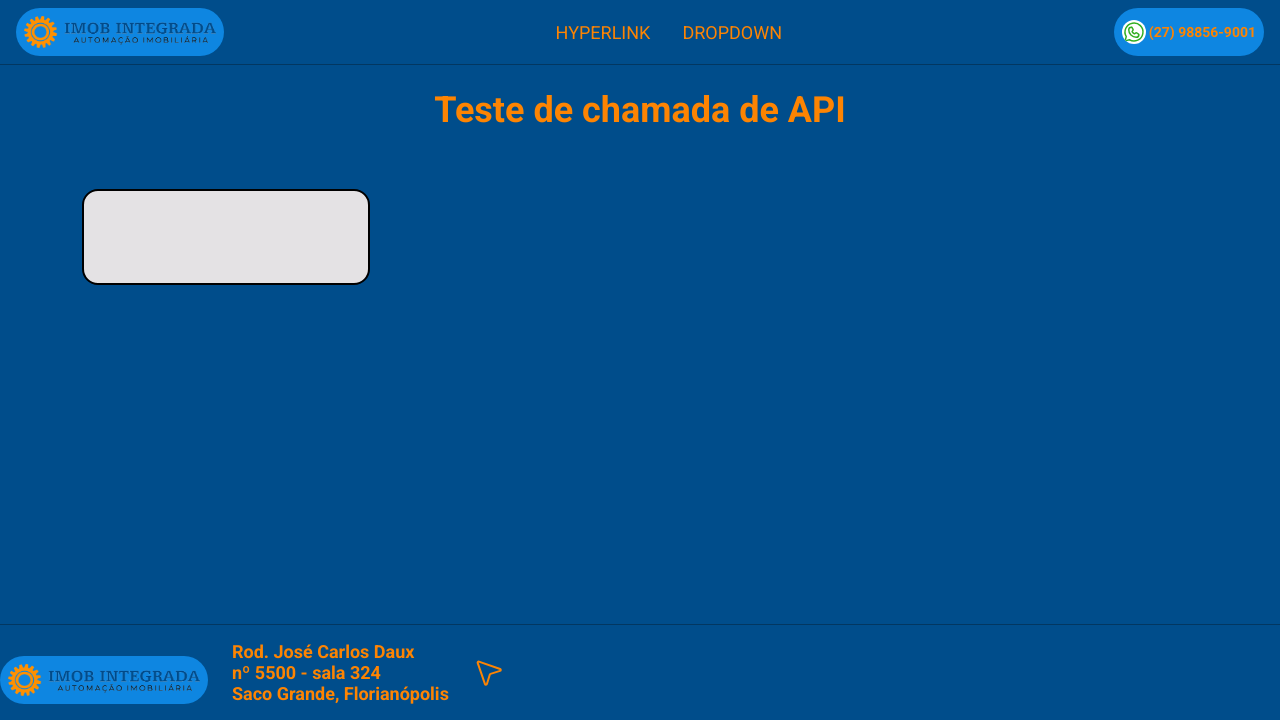
Repository: K0slov/testeAPI
Page: /
These files come from the project's save history. The page is drawn as it stood at one moment and after the next save; the edit follows.
The browser window is 1280 px wide. The pictures show the whole page.
The page's requests for data from a server got no answer. The project was rebuilt for these pictures with package versions that can differ from the ones it lists, and the page was loaded fresh each time. No one was signed in, and anything a server would have sent is missing. Also part of the build but not shown: vite.config.ts, src/components/SelectBar/styles.css, src/components/SelectBar/selectBar.tsx.

Above is the page before, as saved 2022-06-29 09:13:43.

### index.html
<!DOCTYPE html>
<html lang="en">
  <head>
    <meta charset="UTF-8" />
    <link rel="icon" type="image/svg+xml" href="/src/favicon.svg" />
    <meta name="viewport" content="width=device-width, initial-scale=1.0" />
    <link rel="preconnect" href="https://fonts.googleapis.com" />
    <link rel="preconnect" href="https://fonts.gstatic.com" crossorigin />
    <link href="https://fonts.googleapis.com/css2?family=Roboto:wght@400;500;700&display=swap" rel="stylesheet" />
    <title>Teste Imob</title>
  </head>
  <body>
    <div id="root"></div>
    <script type="module" src="/src/main.tsx"></script>
  </body>
</html>

### src/App.tsx
import { Footer } from "./components/Footer/footer"
import { Header } from "./components/Header/header"
import { Home } from "./pages/home"

function App() {
  return (
    <>
      <Header />
        <Home />
      <Footer />
    </>
  )
}

export default App

### src/styles/global.css
body {
  width: 100%;
  height: 100%;
  margin: 0;
  font-family: 'Roboto', sans-serif;
  font-size: 18px;
  -webkit-font-smoothing: antialiased;
  -moz-osx-font-smoothing: grayscale;
  background-color: #004d8b;
  color: white;
}
code {
  font-family: source-code-pro, Menlo, Monaco, Consolas, 'Courier New',
    monospace;
}

### src/components/Footer/footer.tsx
import './style.css'
import image from '../../assets/logoLaranja.png'
import { NavigationArrow } from 'phosphor-react'

export function Footer() {
    return (
        <footer>
            <img src={image} />
            <a className='adressLink' href='https://www.google.com/maps/dir/-20.165736,-40.2578957/imob+integrada/@-23.8194615,-49.2158798,6z/data=!3m1!4b1!4m9!4m8!1m1!4e1!1m5!1m1!1s0x9527473fa16aca85:0xaacb5a64ef59b145!2m2!1d-48.5090423!2d-27.5352896' target='_blank'>
                <div className='adress'>
                    <span>Rod. José Carlos Daux</span>
                    <span>nº 5500 - sala 324</span>
                    <span>Saco Grande, Florianópolis</span>
                </div>
                <NavigationArrow size={32} />
            </a>
        </footer>
    )
}

### src/components/Header/header.tsx
import './style.css'
import image from '../../assets/logoLaranja.png'
import { WhatsappLogo } from "phosphor-react";
import { useState } from 'react';
import { SelectBar } from '../SelectBar/selectBar';

export function Header() {
    const [navbar, setNavbar] = useState(false)
    const showSidebar = () => setNavbar(!navbar)

    return(
        <header className='header'>
            <img className='img' src={image} />

            <nav className="menu">
                <a className="menu-item" href="https://www.youtube.com/watch?v=FavUpD_IjVY&t=2s" target='_blank'>HYPERLINK</a>
                <a  onClick={showSidebar}><span className="menu-item"> DROPDOWN</span>
                <nav className={navbar ? 'nav-menu active' : 'nav-menu'}>
                    <ul className='nav-menu-items' onClick={showSidebar}>
                    {navbar && <SelectBar />}
                    </ul>
                </nav>
                </a>
            </nav>

            <a className="wppLink" href="https://wa.me/+5527988569001" target="_blank">
                <div className="wpp">
                    <WhatsappLogo className="icon" size={24} color="#34af23" />
                    <p className="number">(27) 98856-9001</p>
                </div>
            </a>
        </header>
    )
}

### src/pages/home.tsx
import { Card } from "../components/Card/card";
import { CardsGroup } from "../components/CardsGroup/cardsGroup";
import { Conteudo } from "../components/Conteudo/conteudo";

export function Home() {
    return(
        <>
            <h1 style={{display: "flex", alignItems: "center", flexDirection: "column-reverse", color: "#fd8402", cursor: "default" }}> Teste de chamada de API </h1>
            <CardsGroup />
            {/* <Conteudo /> */}
            {/* <Card /> */}
        </>
    )
}

### src/components/Footer/style.css
footer {
    width: 100%;
    padding: 1rem 0rem;
    background-color: #004d8b;
    display: flex;
    color: #fd8402;
    bottom: 0;
    align-items: self-end;
    justify-content: flex-start;
    border-top: 1px solid;
    border-color: #023761;
    position: fixed;
}
img {
    width: 12rem;
    height: 2rem;
    background: #0e86e1;
    border-radius: 5rem;
    padding: 0.5rem;
}
.adress {
    display: flex;
    flex-direction: column;
    margin: 0rem 1.5rem;
}
.adressLink {
    text-decoration: none;
    color: #fd8402;
    font-weight: bold;
    display: flex;
    align-items: center;
    justify-content: flex-start;
}

### src/components/Header/style.css
.header{
    padding: 0.5rem 1rem;
    background-color: #004d8b;
    display: flex;
    align-items: center;
    color: #fd8402;
    justify-content: space-between;
    border-bottom: 1px solid ;
    border-color: #023761;
}
.img{
    width: 12rem;
    height: 2rem;
    background: #0e86e1;
    border-radius: 5rem;
    padding: 0.5rem;
}
.wpp {
    width: auto;
    height: 2rem;
    display: flex;
    flex-direction: row;
    background: #0e86e1;
    border-radius: 5rem;
    padding: 0.5rem;
    align-items: center;
    justify-content: flex-start;
}
.number {
    margin-left: 0.2rem;
    font-size: 14px;
}
.wppLink {
    text-decoration: none;
    color: #fd8402;
    font-weight: bold;
}
.wppLink:hover {
    color: #0e86e1;
    transition-duration: 150ms;
}
.wpp:hover {
    background: #fd8402;
    transition-duration: 150ms;
}
.menu {
    display: flex;
    justify-content: space-between;
}

.menu-item {
    margin: 0rem 1rem;
    color: #fd8402;
    text-decoration: none;
    cursor: pointer;
}
.menu-item:hover {
    opacity: 40%;
}
.icon {
    background: white;
    border-radius: 50%;
}
.nav-menu-items {
    position: fixed;
    display: flex;
    margin: 0;
    transition-duration: 250ms;
}

### src/components/CardsGroup/cardsGroup.tsx
import { Card } from '../Card/card'
import './style.css'

export function CardsGroup() {

    return (


        <div className="group">
              <div className="double">
                  <Card />
              </div>
          </div>
    )
}

### src/components/Card/card.tsx
import axios from 'axios';
import { useEffect, useState } from 'react';
import './style.css'

interface Data {
    userId: number
    id: number
    title: string
    body: string
}
export function Card() {
  const [data, setData] = useState<Data[]>([] as Data[]);

    useEffect(() =>{
        axios.get<Data[]>('https://jsonplaceholder.typicode.com/posts')
          .then(({ data }) => {
            setData(data)
          })
      }, [])

    return (
        <>
        <div className='card'>
            <ul>
            {data.slice(0, 1).map((data: Data) => (
                <li className="li" key={data.id}>
                    <a className="click" href={`https://jsonplaceholder.typicode.com/posts/${data.id}`} target='_blank'>

                        <span className="spanTitle">{data.title}</span>

                    </a>
                </li>
            ))}
            </ul>
        </div>
        </>
    );
}

### src/components/CardsGroup/style.css
.group {
    padding: 1rem;
    margin: 2rem 3rem;
    width: auto;
    height: auto;
    flex-direction: column;
    margin-left: 5.5rem;
    display: grid;
    grid-template-columns: repeat(4, minmax(auto-fit, 1fr));
    grid-template-areas: "card card card"
                         "card card card";

    grid-gap: 40px;
    margin: 0 3rem 0;
}
.double {
    margin: 0.1rem;
    width: auto;
    height: auto;
    display: flex;
    flex-direction: row;
}

### src/components/Card/style.css
.card {
    width: 18rem;
    height: 6rem;
    display: flex;
    border: 2px solid;
    border-radius: 1rem;
    border-color: #000;
    flex-direction: column;
    background-color: #E4E2E4;
    align-items: center;
    justify-content: center;
    margin: 1rem;
    box-sizing: border-box;
}
.li {
    margin: 0;
    display: flex;
    width: 100%;
    height: auto;
    box-sizing: border-box;
    align-items: center;
    justify-content: center;
    }
.spanTitle {
    display: flex;
    color: #000;
    font-size: 20px;
    max-height: 4ch;
    overflow: hidden;
    text-overflow: ellipsis;
}
.click {
    text-decoration: none;
}
.click:hover {
    opacity: 70%;
    transition-color: 150ms;
}

Loaded but not shown: src/main.tsx (common file)

After the next save:
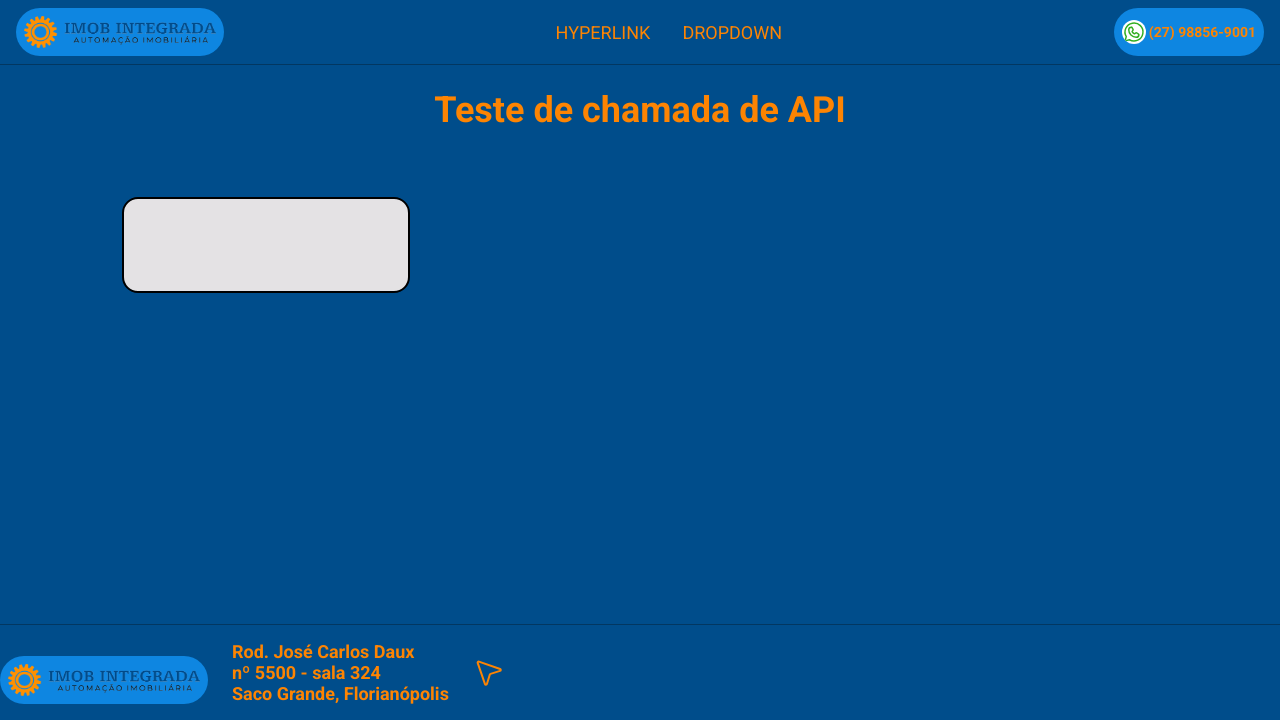
Saved 2 min 0 s later.
--- a/src/components/CardsGroup/style.css
+++ b/src/components/CardsGroup/style.css
@@ -3,15 +3,9 @@
     margin: 2rem 3rem;
     width: auto;
     height: auto;
+    display: flex;
     flex-direction: column;
     margin-left: 5.5rem;
-    display: grid;
-    grid-template-columns: repeat(4, minmax(auto-fit, 1fr));
-    grid-template-areas: "card card card"
-                         "card card card";
-
-    grid-gap: 40px;
-    margin: 0 3rem 0;
 }
 .double {
     margin: 0.1rem;
